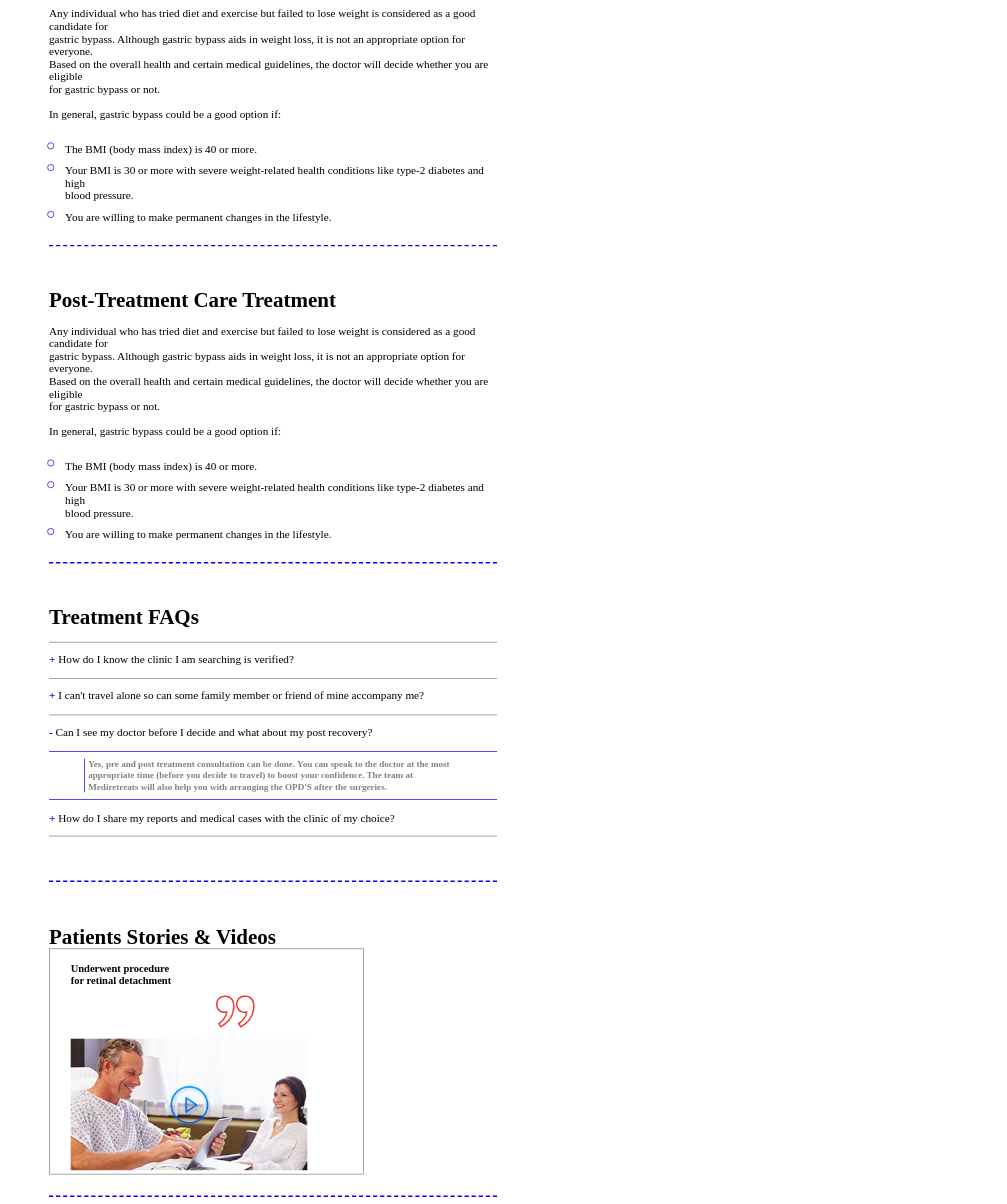
Repository: hetuk2005/webDevelopment
Page: Projects/Aafiya.html
These files come from the project's save history. The page is drawn as it stood at one moment and after the next save; the edit follows.
The browser window is 1280 px wide. The page is 1438 px wide, so the pictures cover 1438 px, including what lies to the right of the window. The pictures show the part of the page from y = 2797 to 4517 px (the page is 4517 px tall), at 70% of full size.

Above is the page before, as saved 2025-04-08 10:43:58.

After the next save:
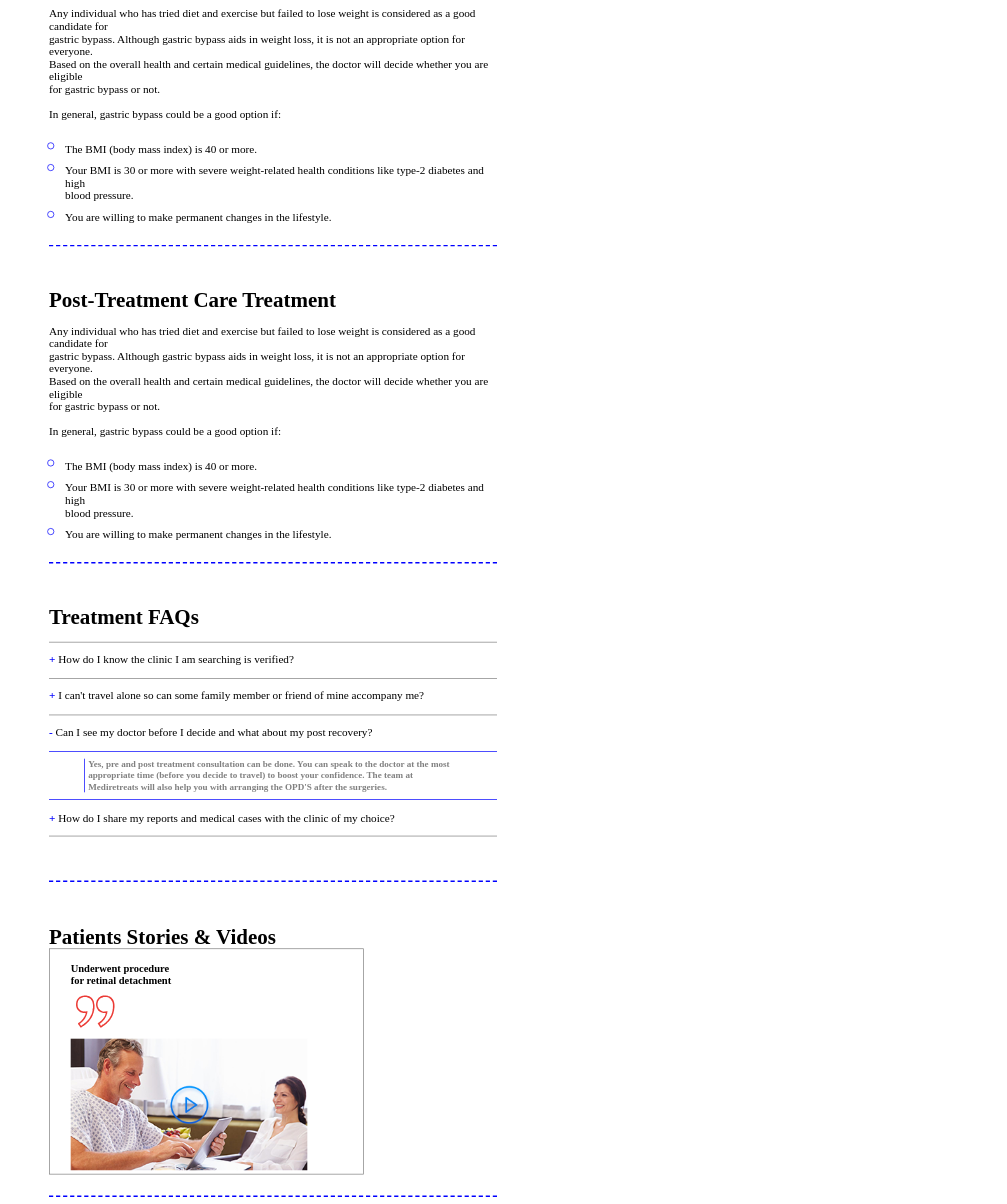
Saved 14 s later.
--- a/Projects/CSS/Aafiya.css
+++ b/Projects/CSS/Aafiya.css
@@ -528,6 +528,6 @@ span {
     height: 70px;
     width: 70px;
     /* margin-right: 100px; */
-    margin-left: 200px;
-    object-fit: contain;
-}
+    /* margin-left: 200px; */
+    object-fit: contain;
+}

After the 4 saves that followed:
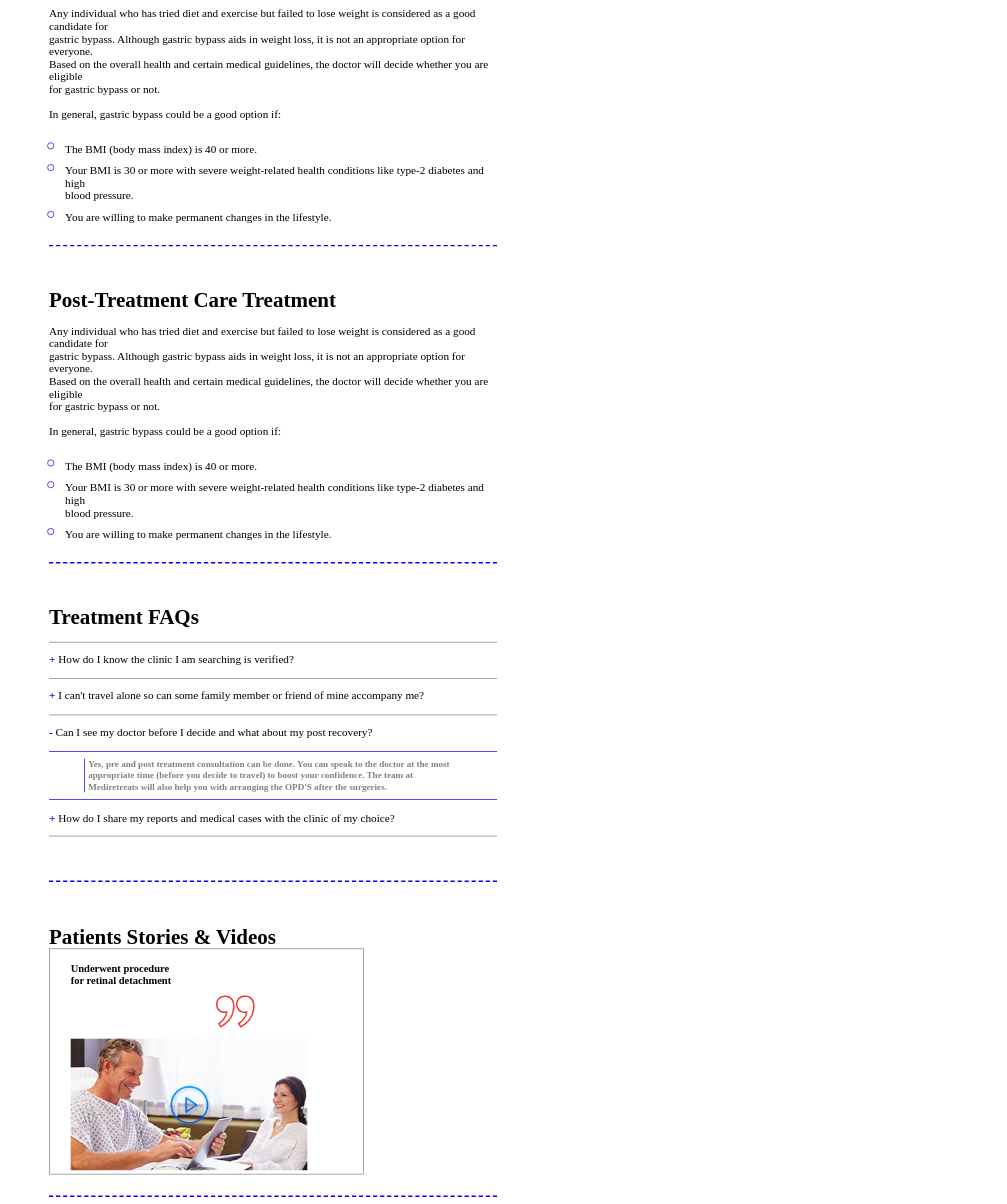
The 4 saves are shown as one change because 3 left the picture as it was.
The last was saved 2 min 11 s later.
--- a/Projects/CSS/Aafiya.css
+++ b/Projects/CSS/Aafiya.css
@@ -527,7 +527,13 @@ span {
 .patient_stories>.stories_img>.text1>.stories_text>.quotes {
     height: 70px;
     width: 70px;
-    /* margin-right: 100px; */
-    /* margin-left: 200px; */
-    object-fit: contain;
-}
+    margin-right: 100px;
+    margin-left: 200px;
+    object-fit: contain;
+}
+
+.patient_stories>.patients {
+    height: 100px;
+    width: 100px;
+    object-fit: contain;
+}
